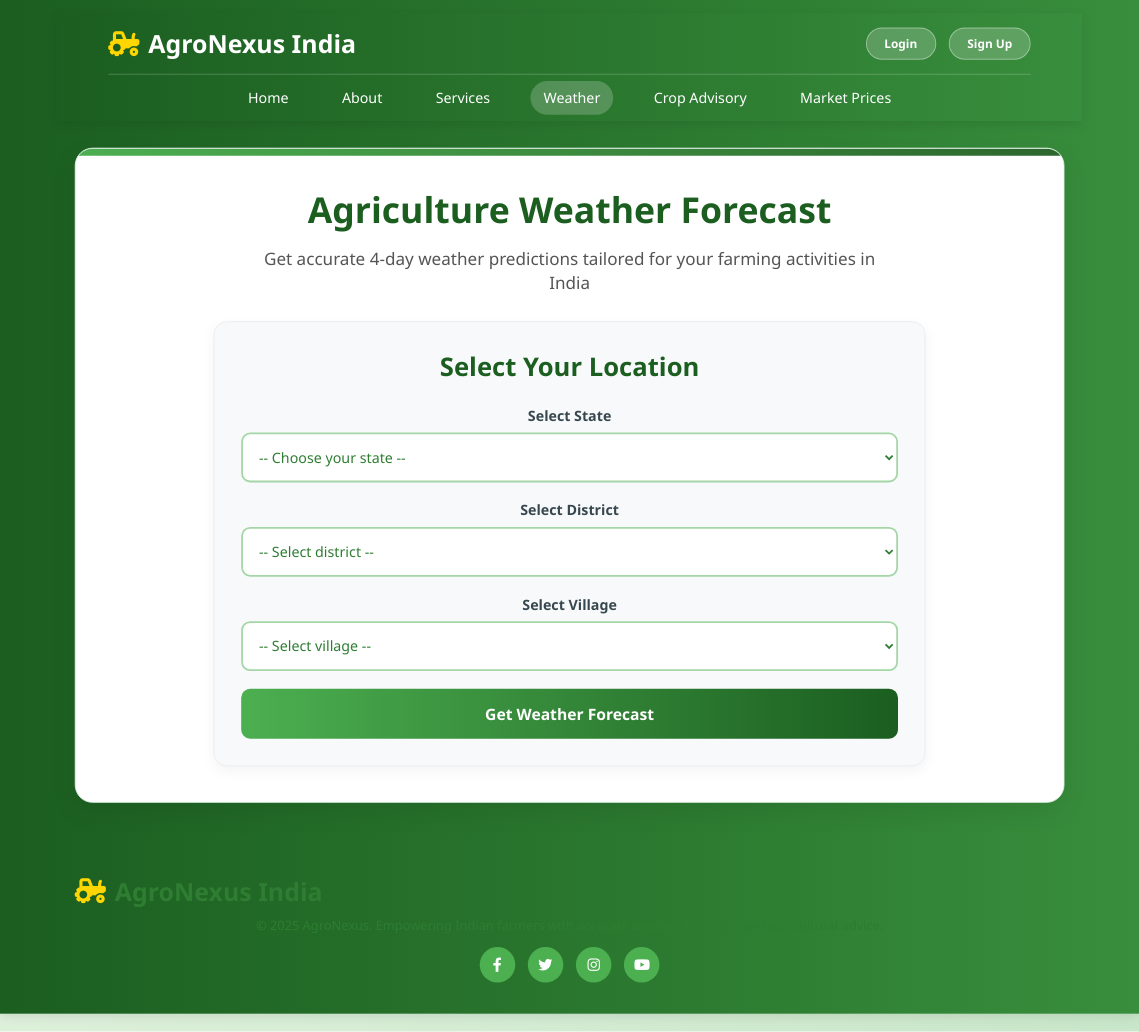
Repository: Sanika-ce/AgroNexus
Page: wheather.html
An editor plug-in stored every save of this project. The page is shown before and after the next save, followed by the edit.
The browser window is 1280 px wide. The pictures show the whole page, at 89% of full size.

Above is the page before, as saved 2025-08-02 16:45:29.
Not found: weather.js

After the next save:
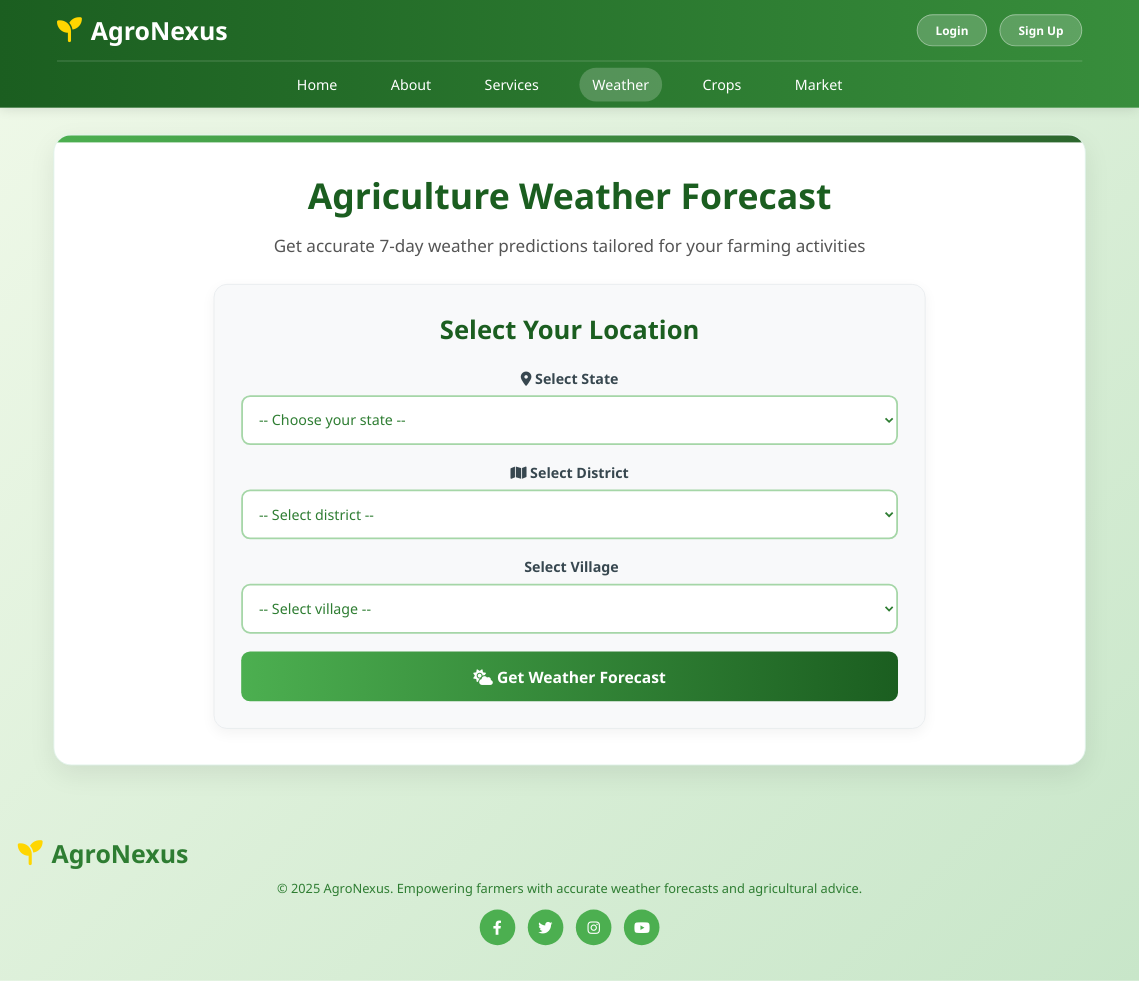
Saved 9 min 37 s later.
--- a/wheather.html
+++ b/wheather.html
@@ -8,16 +8,15 @@
     <link href="https://fonts.googleapis.com/css2?family=Poppins:wght@300;400;500;600;700&family=Roboto+Slab:wght@400;600&display=swap" rel="stylesheet">
     <link rel="stylesheet" href="wheather.css">
 </head>
+
+</head>
 <body>
-    <!-- Header & Navigation -->
-    <header>
-       <body>
     <!-- Header -->
     <header>
         <div class="top-bar">
             <div class="logo">
-                <i class="fas fa-tractor"></i>
-                AgroNexus India
+                <i class="fas fa-seedling"></i>
+                AgroNexus
             </div>
             <div class="auth-buttons">
                 <button>Login</button>
@@ -31,8 +30,8 @@
                 <li><a href="#">About</a></li>
                 <li><a href="#">Services</a></li>
                 <li><a href="#" class="active">Weather</a></li>
-                <li><a href="#">Crop Advisory</a></li>
-                <li><a href="#">Market Prices</a></li>
+                <li><a href="#">Crops</a></li>
+                <li><a href="#">Market</a></li>
             </ul>
         </nav>
     </header>
@@ -41,13 +40,13 @@
     <div class="container">
         <section class="hero">
             <h1>Agriculture Weather Forecast</h1>
-            <p>Get accurate 4-day weather predictions tailored for your farming activities in India</p>
+            <p>Get accurate 7-day weather predictions tailored for your farming activities</p>
 
             <div class="location-selector">
                 <h2>Select Your Location</h2>
 
                 <div class="select-group">
-                    <label for="state">Select State</label>
+                    <label for="state"><i class="fas fa-map-marker-alt"></i> Select State</label>
                     <select id="state">
                         <option value="">-- Choose your state --</option>
                         <option value="maharashtra">Maharashtra</option>
@@ -60,40 +59,60 @@
                 </div>
 
                 <div class="select-group">
-                    <label for="district">Select District</label>
+                    <label for="district"><i class="fas fa-map"></i> Select District</label>
                     <select id="district">
                         <option value="">-- Select district --</option>
                     </select>
                 </div>
 
                 <div class="select-group">
-                    <label for="village">Select Village</label>
+                    <label for="village"><i class="fas fa-village"></i> Select Village</label>
                     <select id="village">
                         <option value="">-- Select village --</option>
                     </select>
                 </div>
 
                 <button class="get-weather-btn" id="getWeatherBtn">
-                    Get Weather Forecast
+                    <i class="fas fa-cloud-sun"></i> Get Weather Forecast
                 </button>
             </div>
         </section>
 
         <section class="forecast-section" id="forecastSection">
             <div class="location-info" id="locationInfo">
-                <h3>Weather Forecast for</h3>
+                <h3>7-Day Weather Forecast for</h3>
                 <p id="selectedLocation">Nashik, Maharashtra</p>
             </div>
 
-            <h2 class="section-title">4-Day Weather Forecast</h2>
+            <h2 class="section-title">Daily Forecast</h2>
 
-            <div class="forecast-cards">
+            <div class="forecast-cards" id="forecastCards">
                 <!-- Forecast cards will be generated by JavaScript -->
             </div>
 
-            <div class="crop-advisory">
+            <div class="charts-container">
+                <div class="chart-card">
+                    <h3><i class="fas fa-temperature-high"></i> Temperature Forecast</h3>
+                    <div class="chart-container">
+                        <canvas id="temperatureChart"></canvas>
+                    </div>
+                </div>
+
+                <div class="chart-card">
+                    <h3><i class="fas fa-tint"></i> Precipitation Forecast</h3>
+                    <div class="chart-container">
+                        <canvas id="precipitationChart"></canvas>
+                    </div>
+                </div>
+            </div>
+
+            <div class="advisory-container">
                 <h3><i class="fas fa-seedling"></i> Agricultural Advisory</h3>
-                <p id="advisoryText">Based on current weather conditions, it is recommended to irrigate crops moderately and monitor for signs of fungal growth due to humidity. Harvesting can be scheduled during sunny days.</p>
+                <p id="advisorySummary">Based on the upcoming weather conditions, here are recommendations for your farming activities</p>
+
+                <div class="advisory-grid" id="advisoryGrid">
+                    <!-- Advisory cards will be generated by JavaScript -->
+                </div>
             </div>
         </section>
     </div>
@@ -101,10 +120,10 @@
     <!-- Footer -->
     <footer>
         <div class="logo">
-            <i class="fas fa-tractor"></i>
-            AgroNexus India
+            <i class="fas fa-seedling"></i>
+            AgroNexus
         </div>
-        <p>© 2025 AgroNexus. Empowering Indian farmers with accurate weather forecasts and agricultural advice.</p>
+        <p>© 2025 AgroNexus. Empowering farmers with accurate weather forecasts and agricultural advice.</p>
 
         <div class="social-icons">
             <a href="#"><i class="fab fa-facebook-f"></i></a>
